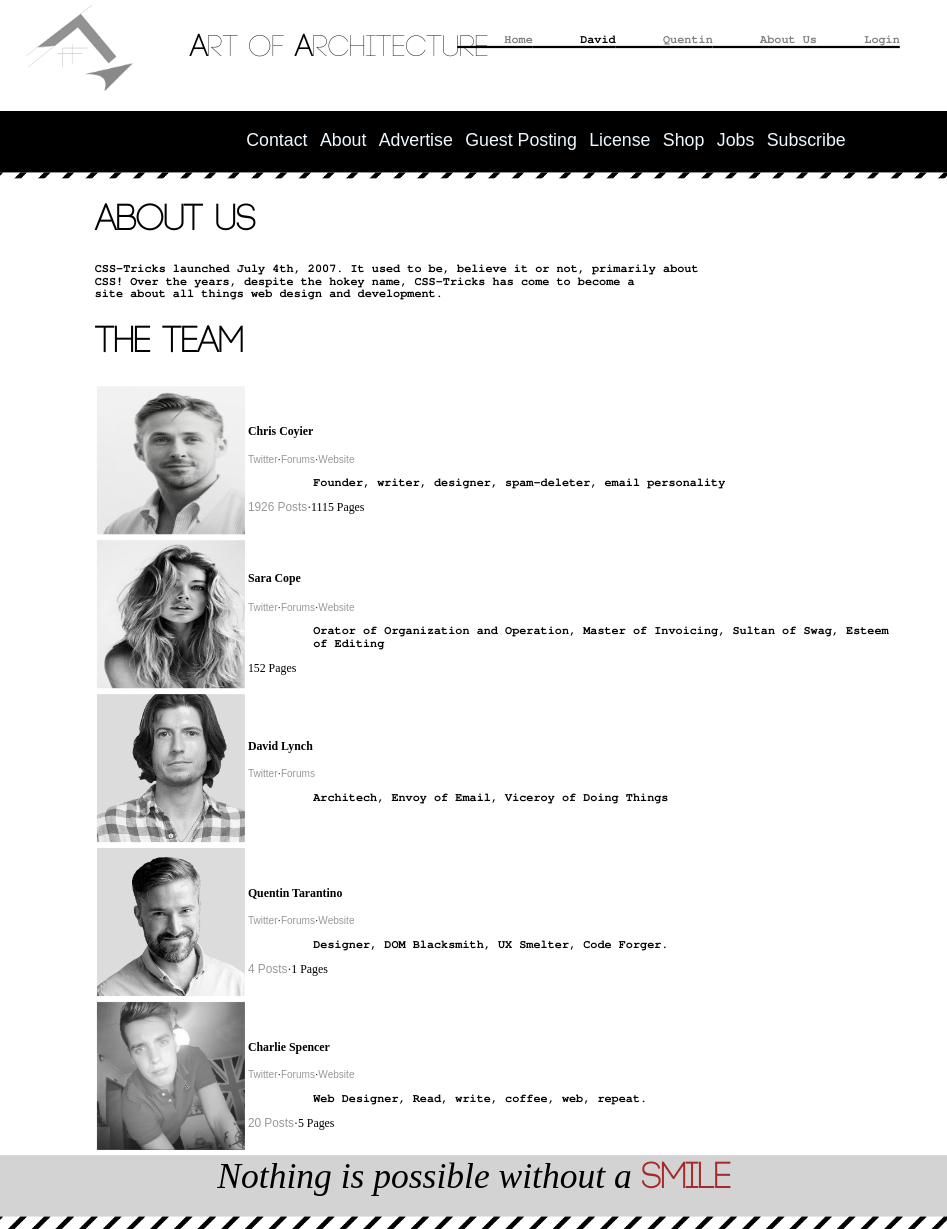
Repository: jcfuentes102/AltaNavidad
Page: docs/about.html
The author's editor kept a record of every edit. The page is drawn from the files as they stood at one moment, then again after the next edit.
The browser window is 1280 px wide. The pictures show the whole page, at 74% of full size.

Above is the page before.

### docs/about.html
<!doctype html>
<html lang="es">
    <head>
        <title>About Us</title>
        <meta charset="UTF-8">
        <link rel="stylesheet" type="text/css" href="../css/estilosAbout.css">
    </head>
    <body>
        <div id="cont">
        <div id="header"><span class="title"><b>A</b>rt of <b>A</b>rchitecture</span>
            <span class="enlaces">
                <a href="../index.php">Login</a>
                <a href="about.html">About Us</a>
                <a href="quentin.html">Quentin</a>
                <a href="david.html"><b class="selected">David</b></a>
                <a href="../index.html">Home</a>
            </span>
        </div>
            <div id="main">
                <div id="groupimg">
                    <div id="footer">
                        <a href="contact.html">Contact</a>
                        <a href="about.html">About</a>
                        <a href="#">Advertise</a>
                        <a href="#">Guest Posting</a>
                        <a href="#">License</a>
                        <a href="#">Shop</a>
                        <a href="#">Jobs</a>
                        <a href="#">Subscribe</a>
                    </div>
                </div>
                <div id="rayitas"></div>
                <h1>About US</h1>
                <p>CSS-Tricks launched July 4th, 2007. It used to be, believe it or not, primarily about <br>CSS! Over the years, despite the hokey name, CSS-Tricks has come to become a <br>site about all things web design and development.</p>
                <h1>The Team</h1>

                <table class="team-table">
                    <tbody>
                        <tr>
                            <td>
                                <img alt="" src="../images/1.jpg" class="avatar avatar-200 photo" height="200" width="200"></td>
                            <td>
                                <h4>Chris Coyier</h4>
                                <div class="links">
                                    <a href="https://twitter.com/chriscoyier">Twitter</a>·<a href="/forums/users/chriscoyier/">Forums</a>·<a href="http://chriscoyier.net">Website</a>
                                </div>
                                <p>Founder, writer, designer, spam-deleter, email personality</p>

                                <div class="font-size: 90%;"><a href="https://css-tricks.com/author/chriscoyier/">1926 Posts</a>·<span>1115 Pages</span></div>
                            </td>
                        </tr>
                        <tr>
                            <td>
                                <img alt="" src="../images/sara.jpg" class="avatar avatar-200 photo" height="200" width="200"></td>
                            <td>
                                <h4>Sara Cope</h4>
                                <div class="links">
                                    <a href="https://twitter.com/sarassassin">Twitter</a>·<a href="/forums/users/saracope/">Forums</a>·<a href="http://www.sara.io">Website</a>
                                </div>
                                <p>Orator of Organization and Operation, Master of Invoicing, Sultan of Swag, Esteem of Editing</p>
                                <div class="font-size: 90%;"><span>152 Pages</span>
                                </div>
                            </td>
                        </tr>
                        <tr>
                            <td>
                                <img alt="" src="../images/david.png" class="avatar avatar-200 photo" height="200" width="200">
                            </td>
                            <td>
                                <h4>David Lynch</h4>
                                <div class="links">
                                    <a href="https://twitter.com/davidlynch">Twitter</a>·<a href="/forums/users/mdeegillgmail-com/">Forums</a>
                                </div>
                                <p>Architech, Envoy of Email, Viceroy of Doing Things</p>
                                <div class="font-size: 90%;">
                                </div>
                            </td>
                        </tr>
                        <tr>
                            <td>
                                <img alt="" src="../images/quentin.png" class="avatar avatar-200 photo" height="200" width="200">
                            </td>
                            <td>
                                <h4>Quentin Tarantino</h4>
                                <div class="links">
                                    <a href="https://twitter.com/quentin">Twitter</a>·<a href="/forums/users/sdrasner/">Forums</a>·<a href="http://sarahdrasnerdesign.com">Website</a>
                                </div>
                                <p>Designer, DOM Blacksmith, UX Smelter, Code Forger.</p>
                                <div class="font-size: 90%;">
                                    <a href="#">4 Posts</a>·<span>1 Pages</span>
                                </div>
                            </td>
                        </tr>
                        <tr>
                            <td>
                                <img alt="" src="../images/charlie.jpg" class="avatar avatar-200 photo" height="200" width="200">          </td>

                            <td>

                                <h4>Charlie Spencer</h4>
                                <div class="links">
                                    <a href="https://twitter.com/josekaspencer">Twitter</a>·<a href="/forums/users/geoffgraham/">Forums</a>·<a href="http://geoffgraham.me">Website</a>
                                </div>
                                <p>Web Designer, Read, write, coffee, web, repeat.</p>
                                <div class="font-size: 90%;">
                                    <a href="https://css-tricks.com/author/josekaspencer/">20 Posts</a>·<span>5 Pages</span>
                                </div>
                            </td>
                        </tr>
                    </tbody>
                </table>
                <div id="bye"><i>Nothing is possible without a </i><b>SMILE</b></div>
                <div id="end"></div>
            </div>

        </div>
    </body>
</html>

### css/estilosAbout.css
/*Modelo de cajas Responsive*/
body{
    margin:0;
    }
#cont {
    width:100%;
    height:1000px;
    }
#header {
    width:100%;
    height:15%;
    background-image: url(../images/logo2.png);
    background-color: #FFFFFF;
    background-repeat:no-repeat;
    }
#main {
    width:100%;
    height:83%;
    }

table{
    margin-left: 10%;
}
/*Estilos*/

.title{
    font-size: 3em;
    position:relative;
    margin-left: 10%;
    top: 30%;
    font-family:Code-Light;
}
b{
    color:black;
}
a, a:visited{
    text-decoration: none;
}

.enlaces a{
    float:right;
    font-size: 1.5em;
    padding-left:5%;
    position:relative;
    top:30%;
    right: 5%;
    font-family: "Free Monospaced Bold";
    color:grey;
    border-bottom-style: solid;
    border-bottom-color: black;
}

.selected, .enlaces a:hover{
    color: black;
}

#footer a{
    color:aliceblue;
    margin-left: 1%;
    position:relative;
    left:25%;
    font-size: 1.5em;
    top:25px;
}

#groupimg{
    width: 100%;
    height: 10%;
    position:relative;
    background-color: black;
}
#rayitas{
    width: 100%;
    height: 1%;
    background-image:url(../images/rayas.png);
}
h1{
    font-family:"Code-Light";
    font-size: 3em;
    margin-left: 10%;
}
p{
    font-family: "Free Monospaced Bold";
    margin-left: 10%;
}
li{
    list-style:;
}

.links {
    font-family: "Source Sans Pro",sans-serif;
    font-size: 0.85rem;
    margin: 0px 0px 5px;
}
.links a, a {
    font-family: "Source Sans Pro",sans-serif;
    color: #999;
}

#bye{
    background-color: lightgrey;
    text-align: center;
    height: 10%;
    font-size: 3em;
}
#bye b{
    color:brown;
    font-family:"Code-Light";
}
#end{
    height: 2%;
    width: 100%;
    background-image: url(../images/rayas.png);
}
@media only screen
  and (min-width: 960px) and (max-width: 1524px) {

.title{
    font-size: 2.5em;
    margin-left: 20%;
}
.enlaces a{
    font-size: 1em;
}

  }




@font-face {font-family:"Code-Light";src:url("../fonts/CODE_Light.eot?") format("eot"),url("../fonts/CODE_Light.woff") format("woff"),url("../fonts/CODE_Light.ttf") format("truetype"),url("../fonts/CODE_Light.svg#Code-Light") format("svg");font-weight:normal;font-style:normal;}

@font-face {font-family:"Free Monospaced Bold";src:url("../fonts/FreeMonoBold.eot?") format("eot"),url("../fonts/FreeMonoBold.woff") format("woff"),url("../fonts/FreeMonoBold.ttf") format("truetype"),url("../fonts/FreeMonoBold.svg#FreeMonoBold") format("svg");font-weight:normal;font-style:normal;}

After the next edit:
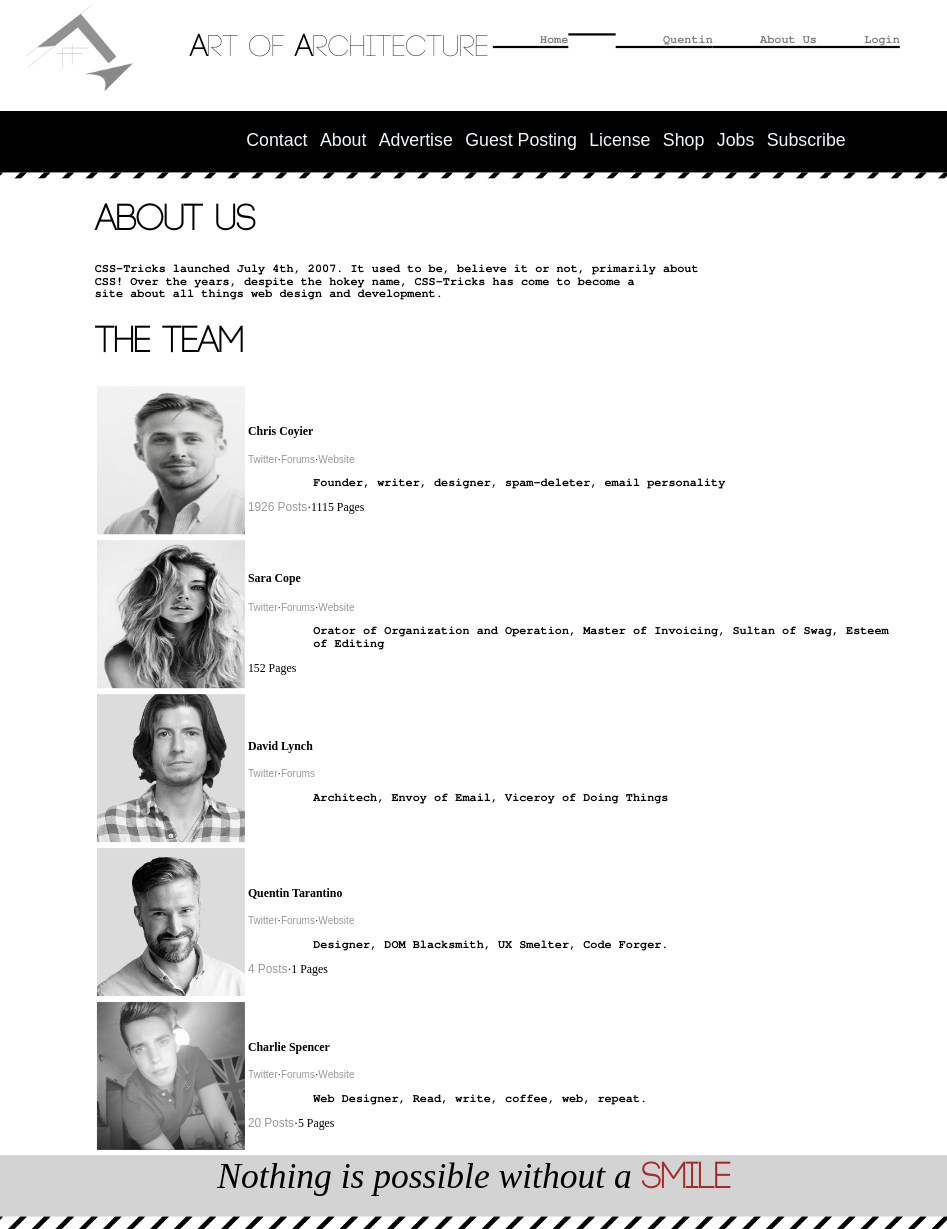
The edit:
--- a/docs/about.html
+++ b/docs/about.html
@@ -12,7 +12,7 @@
                 <a href="../index.php">Login</a>
                 <a href="about.html">About Us</a>
                 <a href="quentin.html">Quentin</a>
-                <a href="david.html"><b class="selected">David</b></a>
+                <a href="david.html"></a>
                 <a href="../index.html">Home</a>
             </span>
         </div>
